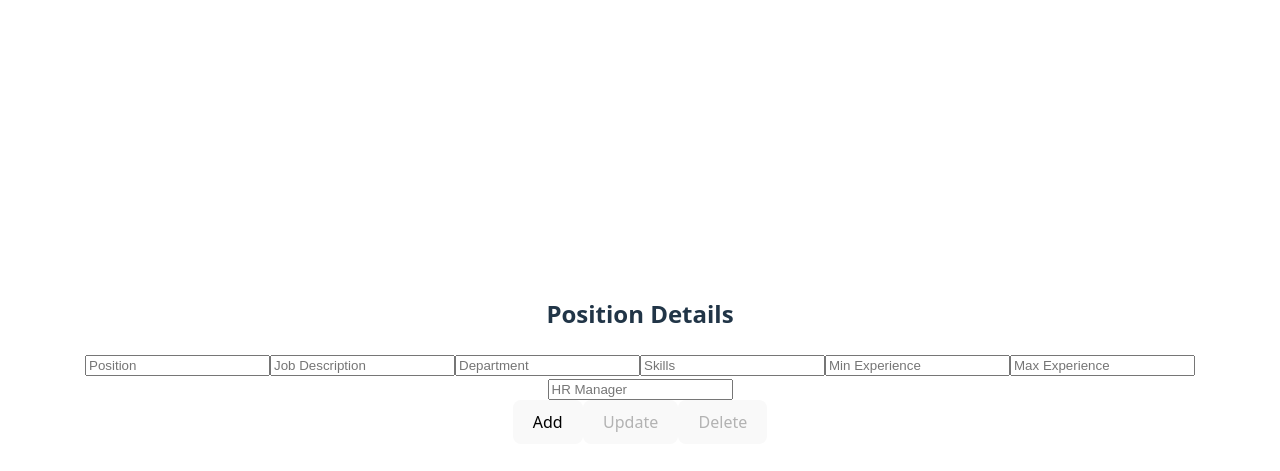
Repository: Moqueed/Delta_Iot
Page: /admin-dashboard/active-positions (app in client/)
An editor plug-in stored every save of this project. The page is shown before and after the next save, followed by the edit.
The browser window is 1280 px wide. The pictures show the whole page.
The project was rebuilt for these pictures with package versions that can differ from the ones it lists, and the page was loaded fresh each time. Also part of the build but not shown: client/vite.config.js, client/src/api/users.js, client/src/pages/Register/index.jsx, client/src/pages/Login/index.jsx, client/src/components/ProtectedRoute.jsx, client/src/pages/HR/HRDashboard.jsx, client/src/pages/Admin/AdminDashboard.jsx, client/src/pages/HR/TotalDataPage.jsx.

Above is the page before, as saved 2025-03-14 18:02:59.

### client/src/App.jsx
import { Route, Routes } from "react-router-dom";
import "./App.css";
import RegisterPage from "./pages/Register";
import LoginPage from "./pages/Login";
import ProtectedRoute from "./components/ProtectedRoute";
import HRDashboard from "./pages/HR/HRDashboard";
import AdminDashboard from "./pages/Admin/AdminDashboard";
import TotalDataPage from "./pages/HR/TotalDataPage";
import ActivePositions from "./pages/Admin/ActivePositions";

function App() {
  return (
    <>
      <Routes>
        <Route path="/register" element={<RegisterPage />} />
        <Route path="/login" element={<LoginPage />} />
        <Route
          path="/hr-dashboard"
          element={
            <ProtectedRoute role="HR">
              <HRDashboard />
            </ProtectedRoute>
          }
        />
        <Route
          path="/admin-dashboard"
          element={
            <ProtectedRoute role="Admin">
              <AdminDashboard />
            </ProtectedRoute>
          }
        />
        <Route path="*" element={<LoginPage />} />
        <Route path="/total-data" element={<TotalDataPage/>}/>
        <Route path="/admin-dashboard/active-positions" element={<ActivePositions/>}/>
      </Routes>
    </>
  );
}

export default App;

### client/src/pages/Admin/ActivePositions.jsx
import React, { useState, useEffect } from "react";
import { createPosition, deletePosition, updatePosition } from "../../api/activePositions";


const PositionForm = ({ selectedPosition, refreshPositions }) => {
  const [formData, setFormData] = useState({
    position: "",
    job_description: "",
    department: "",
    skills: "",
    minimum_experience: "",
    maximum_experience: "",
    manager: "",
  });

  // Fill form when selecting a position
  useEffect(() => {
    if (selectedPosition) setFormData(selectedPosition);
  }, [selectedPosition]);

  // Handle form input changes
  const handleChange = (e) => {
    setFormData({ ...formData, [e.target.name]: e.target.value });
  };

  // Add new position
  const handleAdd = async () => {
    try {
      await createPosition(formData);
      alert("Position added successfully!");
      setFormData({});
      refreshPositions();
    } catch (error) {
      console.error("Failed to add position:", error);
    }
  };

  // Update existing position
  const handleUpdate = async () => {
    try {
      if (selectedPosition?.job_id) {
        await updatePosition(selectedPosition.job_id, formData);
        alert("Position updated successfully!");
        refreshPositions();
      }
    } catch (error) {
      console.error("Failed to update position:", error);
    }
  };

  // Delete position
  const handleDelete = async () => {
    try {
      if (selectedPosition?.job_id) {
        await deletePosition(selectedPosition.job_id);
        alert("Position deleted successfully!");
        setFormData({});
        refreshPositions();
      }
    } catch (error) {
      console.error("Failed to delete position:", error);
    }
  };

  return (
    <div className="position-form">
      <h2>Position Details</h2>
      <input name="position" placeholder="Position" value={formData.position} onChange={handleChange} />
      <input name="job_description" placeholder="Job Description" value={formData.job_description} onChange={handleChange} />
      <input name="department" placeholder="Department" value={formData.department} onChange={handleChange} />
      <input name="skills" placeholder="Skills" value={formData.skills} onChange={handleChange} />
      <input name="minimum_experience" placeholder="Min Experience" value={formData.minimum_experience} onChange={handleChange} />
      <input name="maximum_experience" placeholder="Max Experience" value={formData.maximum_experience} onChange={handleChange} />
      <input name="manager" placeholder="HR Manager" value={formData.manager} onChange={handleChange} />

      {/* Button Row */}
      <div className="button-row">
        <button className="add-btn" onClick={handleAdd}>
          Add
        </button>
        <button className="update-btn" onClick={handleUpdate} disabled={!selectedPosition}>
          Update
        </button>
        <button className="delete-btn" onClick={handleDelete} disabled={!selectedPosition}>
          Delete
        </button>
      </div>
    </div>
  );
};

export default PositionForm;

### client/src/api/activePositions.js
import axiosInstance from ".";

// Fetch all active positions
export const fetchPositions = async () => {
  try {
    const response = await axiosInstance.get("/api/positions/get-position");
    return response.data;
  } catch (error) {
    console.error("Error fetching positions:", error);
    throw error;
  }
};

// Create a new active position
export const createPosition = async (data) => {
  try {
    const response = await axiosInstance.post("/api/positions/add-position", data);
    return response.data;
  } catch (error) {
    console.error("Error creating position:", error);
    throw error;
  }
};

// Update an existing active position
export const updatePosition = async (id, data) => {
  try {
    const response = await axiosInstance.put(`/api/positions/update/${id}`, data);
    return response.data;
  } catch (error) {
    console.error("Error updating position:", error);
    throw error;
  }
};

// Delete an active position
export const deletePosition = async (id) => {
  try {
    const response = await axiosInstance.delete(`/api/positions/delete/${id}`);
    return response.data;
  } catch (error) {
    console.error("Error deleting position:", error);
    throw error;
  }
};

### client/src/api/index.js
import axios from "axios";

const axiosInstance = axios.create({
  baseURL: "http://localhost:5000",
  headers: { "Content-Type": "application/json" },
});

// ✅ Add token to headers if available
axiosInstance.interceptors.request.use((config) => {
  const token = localStorage.getItem("token");
  if (token) config.headers.Authorization = `Bearer ${token}`;
  return config;
},
function (error) {
    return Promise.reject(error);
  }
);

export default axiosInstance;

Loaded but not shown: client/index.html (common file); client/src/main.jsx (common file); client/src/index.css (common file); client/src/App.css (common file)

After the next save:
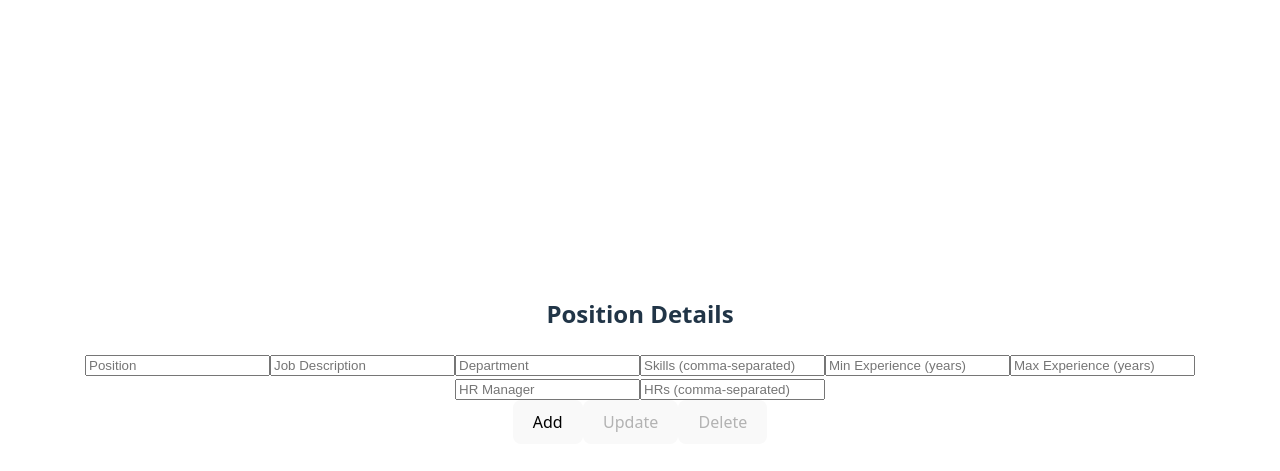
Saved 7 min 20 s later.
--- a/client/src/pages/Admin/ActivePositions.jsx
+++ b/client/src/pages/Admin/ActivePositions.jsx
@@ -1,37 +1,59 @@
 import React, { useState, useEffect } from "react";
 import { createPosition, deletePosition, updatePosition } from "../../api/activePositions";
 
-
 const PositionForm = ({ selectedPosition, refreshPositions }) => {
-  const [formData, setFormData] = useState({
+  const initialFormState = {
     position: "",
     job_description: "",
     department: "",
-    skills: "",
+    skills: [],
     minimum_experience: "",
     maximum_experience: "",
     manager: "",
-  });
+    HRs: [],
+  };
+
+  const [formData, setFormData] = useState(initialFormState);
 
   // Fill form when selecting a position
   useEffect(() => {
-    if (selectedPosition) setFormData(selectedPosition);
+    if (selectedPosition) {
+      setFormData({
+        ...selectedPosition,
+        skills: Array.isArray(selectedPosition.skills)
+          ? selectedPosition.skills.join(", ")
+          : selectedPosition.skills || "",
+        HRs: Array.isArray(selectedPosition.HRs)
+          ? selectedPosition.HRs.join(", ")
+          : selectedPosition.HRs || "",
+      });
+    } else {
+      setFormData(initialFormState);
+    }
   }, [selectedPosition]);
 
   // Handle form input changes
   const handleChange = (e) => {
-    setFormData({ ...formData, [e.target.name]: e.target.value });
+    const { name, value } = e.target;
+    setFormData({ ...formData, [name]: value });
   };
 
   // Add new position
   const handleAdd = async () => {
     try {
-      await createPosition(formData);
+      const formattedData = {
+        ...formData,
+        skills: formData.skills.split(",").map((skill) => skill.trim()),
+        HRs: formData.HRs.split(",").map((hr) => hr.trim()),
+      };
+
+      await createPosition(formattedData);
       alert("Position added successfully!");
-      setFormData({});
+      setFormData(initialFormState);
       refreshPositions();
     } catch (error) {
       console.error("Failed to add position:", error);
+      alert("Error: " + (error.response?.data?.error || error.message));
     }
   };
 
@@ -39,12 +61,19 @@ const PositionForm = ({ selectedPosition, refreshPositions }) => {
   const handleUpdate = async () => {
     try {
       if (selectedPosition?.job_id) {
-        await updatePosition(selectedPosition.job_id, formData);
+        const formattedData = {
+          ...formData,
+          skills: formData.skills.split(",").map((skill) => skill.trim()),
+          HRs: formData.HRs.split(",").map((hr) => hr.trim()),
+        };
+
+        await updatePosition(selectedPosition.job_id, formattedData);
         alert("Position updated successfully!");
         refreshPositions();
       }
     } catch (error) {
       console.error("Failed to update position:", error);
+      alert("Error: " + (error.response?.data?.error || error.message));
     }
   };
 
@@ -54,34 +83,87 @@ const PositionForm = ({ selectedPosition, refreshPositions }) => {
       if (selectedPosition?.job_id) {
         await deletePosition(selectedPosition.job_id);
         alert("Position deleted successfully!");
-        setFormData({});
+        setFormData(initialFormState);
         refreshPositions();
       }
     } catch (error) {
       console.error("Failed to delete position:", error);
+      alert("Error: " + (error.response?.data?.error || error.message));
     }
   };
 
   return (
     <div className="position-form">
       <h2>Position Details</h2>
-      <input name="position" placeholder="Position" value={formData.position} onChange={handleChange} />
-      <input name="job_description" placeholder="Job Description" value={formData.job_description} onChange={handleChange} />
-      <input name="department" placeholder="Department" value={formData.department} onChange={handleChange} />
-      <input name="skills" placeholder="Skills" value={formData.skills} onChange={handleChange} />
-      <input name="minimum_experience" placeholder="Min Experience" value={formData.minimum_experience} onChange={handleChange} />
-      <input name="maximum_experience" placeholder="Max Experience" value={formData.maximum_experience} onChange={handleChange} />
-      <input name="manager" placeholder="HR Manager" value={formData.manager} onChange={handleChange} />
+
+      <input
+        name="position"
+        placeholder="Position"
+        value={formData.position}
+        onChange={handleChange}
+      />
+      <input
+        name="job_description"
+        placeholder="Job Description"
+        value={formData.job_description}
+        onChange={handleChange}
+      />
+      <input
+        name="department"
+        placeholder="Department"
+        value={formData.department}
+        onChange={handleChange}
+      />
+      <input
+        name="skills"
+        placeholder="Skills (comma-separated)"
+        value={formData.skills}
+        onChange={handleChange}
+      />
+      <input
+        name="minimum_experience"
+        placeholder="Min Experience (years)"
+        type="number"
+        value={formData.minimum_experience}
+        onChange={handleChange}
+      />
+      <input
+        name="maximum_experience"
+        placeholder="Max Experience (years)"
+        type="number"
+        value={formData.maximum_experience}
+        onChange={handleChange}
+      />
+      <input
+        name="manager"
+        placeholder="HR Manager"
+        value={formData.manager}
+        onChange={handleChange}
+      />
+      <input
+        name="HRs"
+        placeholder="HRs (comma-separated)"
+        value={formData.HRs}
+        onChange={handleChange}
+      />
 
       {/* Button Row */}
       <div className="button-row">
         <button className="add-btn" onClick={handleAdd}>
           Add
         </button>
-        <button className="update-btn" onClick={handleUpdate} disabled={!selectedPosition}>
+        <button
+          className="update-btn"
+          onClick={handleUpdate}
+          disabled={!selectedPosition}
+        >
           Update
         </button>
-        <button className="delete-btn" onClick={handleDelete} disabled={!selectedPosition}>
+        <button
+          className="delete-btn"
+          onClick={handleDelete}
+          disabled={!selectedPosition}
+        >
           Delete
         </button>
       </div>
